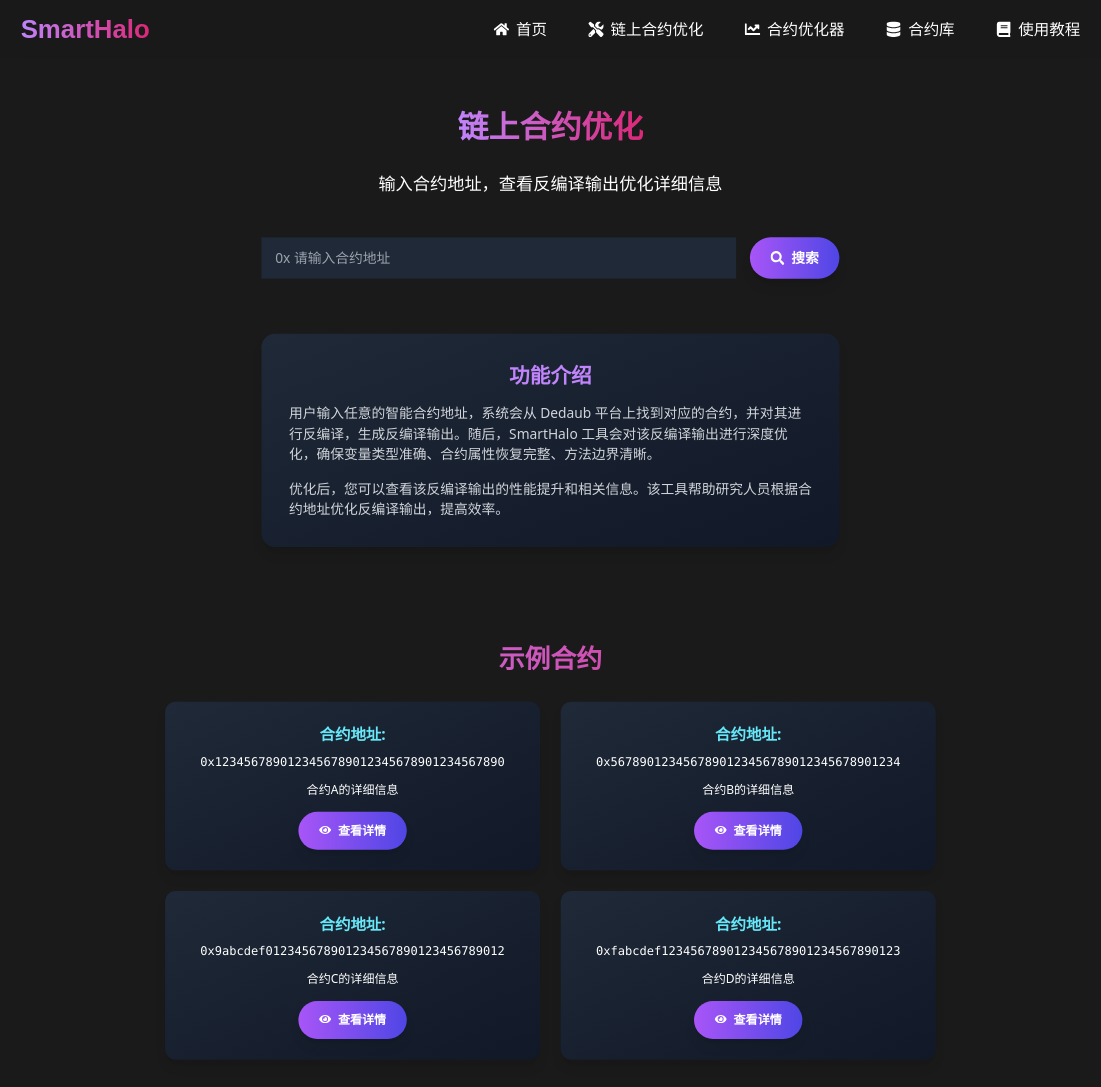
Repository: RunnerQuan/smart-halo
Page: /contract-optimization
These files come from the project's save history. The page is drawn as it stood at one moment and after the next save; the edit follows.
The browser window is 1280 px wide. The pictures show the whole page, at 86% of full size.
The project was rebuilt for these pictures with package versions that can differ from the ones it lists, and the page was loaded fresh each time. The framework's server and built-in components were replaced by stand-ins that run in the browser. Also part of the build but not shown: next.config.mjs.

Above is the page before, as saved 2024-10-24 09:50:03.

### app/layout.tsx
import type { Metadata } from "next";
import { Inter } from "next/font/google";
import "./globals.css";

const inter = Inter({ subsets: ["latin"] });

export const metadata: Metadata = {
  title: "SmartHalo",
  description: "智能合约反编译优化工具",
  icons: {
    icon: "/icons/logo.ico",
  },
};

export default function RootLayout({
  children,
}: {
  children: React.ReactNode
}) {
  return (
    <html lang="zh">
      <body className={inter.className}>{children}</body>
    </html>
  );
}

### app/contract-optimization/page.tsx
"use client";

import React, { useState, useCallback, useEffect } from 'react';
import { motion } from 'framer-motion';
import Link from 'next/link';
import AnimatedButton from '../../components/ui/animated-button';
import Navbar from '../../components/Navbar';
import { FaSearch, FaEye } from 'react-icons/fa';
import { useRouter } from 'next/navigation';
import { ClipLoader } from 'react-spinners';

export default function ContractOptimization() {
  const [contractAddress, setContractAddress] = useState('');
  const [showError, setShowError] = useState(false);
  const [isLoading, setIsLoading] = useState(false);
  const [errorMessage, setErrorMessage] = useState('');
  const [taskId, setTaskId] = useState<string | null>(null);
  const router = useRouter();

  const handleSearch = useCallback(async () => {
    if (!contractAddress.startsWith('0x') || contractAddress.length !== 42) {
      setShowError(true);
      setErrorMessage('请输入有效的合约地址（以0x开头的42位字符）');
      setTimeout(() => setShowError(false), 3000);
      return;
    }

    setIsLoading(true);
    setShowError(false);

    try {
      // 第一步：向本地的get.py发送请求获取反编译代码
      const decompileResponse = await fetch('http://localhost:8080/decompile', {
        method: 'POST',
        headers: {
          'Content-Type': 'application/json',
        },
        body: JSON.stringify({ address: contractAddress }),
      });

      if (!decompileResponse.ok) {
        throw new Error('获取反编译代码失败');
      }
      const responseData = await decompileResponse.json();
      console.log('Decompile response data:', responseData);

      const { decompiled_code, source_code } = responseData;
      console.log('Decompiled code:', decompiled_code);
      console.log('Source code:', source_code);

      // 保存反编译代码和源代码
      sessionStorage.setItem('decompileCode', decompiled_code);
      sessionStorage.setItem('sourceCode', source_code);

      // 第二步：将反编译代码发送给服务器进行优化
      const optimizeResponse = await fetch('/api/process_code', {
        method: 'POST',
        headers: {
          'Content-Type': 'application/json',
        },
        body: JSON.stringify({ code: decompiled_code }),
      });

      if (!optimizeResponse.ok) {
        const errorData = await optimizeResponse.json().catch(() => ({}));
        throw new Error(`优化请求失败: ${errorData.message || optimizeResponse.statusText}`);
      }

      const optimizeData = await optimizeResponse.json();
      setTaskId(optimizeData.task_id);
    } catch (error: unknown) {
      console.error('处理请求时出错:', error);
      setShowError(true);
      setErrorMessage(`处理请求时出错: ${error instanceof Error ? error.message : '未知错误'}`);
      setTimeout(() => setShowError(false), 5000);
    }
    // 注意：这里我们不再在finally块中设置isLoading为false
    // 因为我们希望在任务完成之前保持加载状态
  }, [contractAddress]);

  useEffect(() => {
    let intervalId: NodeJS.Timeout;

    const checkTaskStatus = async () => {
      if (taskId) {
        try {
          const response = await fetch(`/api/task_status/${taskId}`);
          const data = await response.json();

          if (data.state === 'SUCCESS') {
            console.log('Task completed:', data.result);
            sessionStorage.setItem('originalAddress', contractAddress);
            sessionStorage.setItem('optimizedCode', data.result);
            setIsLoading(false);
            setTaskId(null);
            router.push('/contract-optimization-details');
          } else if (data.state === 'FAILURE') {
            console.error('Task failed:', data.status);
            setShowError(true);
            setErrorMessage(`优化失败: ${data.status}`);
            setIsLoading(false);
            setTaskId(null);
          }
          // 如果任务仍在进行中，继续轮询
        } catch (error) {
          console.error('Error checking task status:', error);
          setShowError(true);
          setErrorMessage('检查任务状态时出错');
          setIsLoading(false);
          setTaskId(null);
        }
      }
    };

    if (taskId) {
      intervalId = setInterval(checkTaskStatus, 2000); // 每2秒检查一次任务状态
    }

    return () => {
      if (intervalId) {
        clearInterval(intervalId);
      }
    };
  }, [taskId, contractAddress, router]);

  return (
    <main className="flex min-h-screen flex-col items-center justify-start p-8 bg-[#1A1A1A] text-white font-sans">
      <Navbar />
      <div className="mt-24 w-full max-w-4xl mx-auto flex flex-col items-center">
        <motion.h1
          className="text-4xl font-bold mb-8 text-center text-transparent bg-clip-text bg-gradient-to-r from-purple-400 to-pink-600"
          initial={{ opacity: 0, y: -50 }}
          animate={{ opacity: 1, y: 0 }}
          transition={{ duration: 0.5 }}
        >
          链上合约优化
        </motion.h1>
        <motion.p
          className="text-xl mb-12 text-center max-w-2xl"
          initial={{ opacity: 0 }}
          animate={{ opacity: 1 }}
          transition={{ duration: 0.5, delay: 0.2 }}
        >
          输入合约地址，查看反编译输出优化详细信息
        </motion.p>

        <motion.div
          className="w-full max-w-2xl mb-12"
          initial={{ opacity: 0, y: 50 }}
          animate={{ opacity: 1, y: 0 }}
          transition={{ duration: 0.5, delay: 0.4 }}
        >
          <div className="flex space-x-4 mb-4">
            <input
              type="text"
              placeholder="0x 请输入合约地址"
              className="flex-grow bg-gray-800 text-white rounded-lg px-4 py-2 focus:outline-none focus:ring-2 focus:ring-purple-500"
              value={contractAddress}
              onChange={(e) => setContractAddress(e.target.value)}
            />
            <AnimatedButton onClick={handleSearch} className="flex items-center justify-center" disabled={isLoading}>
              {isLoading ? (
                <>
                  <ClipLoader color="#ffffff" size={20} className="mr-2" />
                  <span>处理中...</span>
                </>
              ) : (
                <>
                  <FaSearch className="mr-2" />
                  <span>搜索</span>
                </>
              )}
            </AnimatedButton>
          </div>
          {showError && (
            <motion.p
              className="text-red-500 text-center mt-2"
              initial={{ opacity: 0 }}
              animate={{ opacity: 1 }}
              exit={{ opacity: 0 }}
            >
              {errorMessage}
            </motion.p>
          )}
        </motion.div>

        <motion.div
          className="bg-gradient-to-br from-gray-800 to-gray-900 rounded-2xl p-8 mb-12 w-full max-w-2xl shadow-lg"
          initial={{ opacity: 0, y: 50 }}
          animate={{ opacity: 1, y: 0 }}
          transition={{ duration: 0.5, delay: 0.6 }}
        >
          <h2 className="text-2xl font-semibold mb-4 text-purple-400 text-center">功能介绍</h2>
          <p className="mb-4 text-gray-300">
          用户输入任意的智能合约地址，系统会从 Dedaub 平台上找到对应的合约，并对其进行反编译，生成反编译输出。随后，SmartHalo 工具会对该反编译输出进行深度优化，确保变量类型准确、合约属性恢复完整、方法边界清晰。
          </p>
          <p className="text-gray-300">
            优化后，您可以查看该反编译输出的性能提升和相关信息。该工具帮助研究人员根据合约地址优化反编译输出，提高效率。
          </p>
        </motion.div>

        <section className="mt-16 text-center w-full">
          <motion.h2
            className="text-3xl font-bold mb-8 text-transparent bg-clip-text bg-gradient-to-r from-purple-400 to-pink-600"
            initial={{ opacity: 0, y: 20 }}
            animate={{ opacity: 1, y: 0 }}
            transition={{ duration: 0.6, ease: "easeOut" }}
          >
            示例合约
          </motion.h2>
          <div className="grid grid-cols-1 md:grid-cols-2 gap-6">
            {[
              { address: "0x1234567890123456789012345678901234567890", info: "合约A的详细信息" },
              { address: "0x5678901234567890123456789012345678901234", info: "合约B的详细信息" },
              { address: "0x9abcdef012345678901234567890123456789012", info: "合约C的详细信息" },
              { address: "0xfabcdef123456789012345678901234567890123", info: "合约D的详细信息" }
            ].map((contract, index) => (
              <motion.div
                key={index}
                className="bg-gradient-to-br from-gray-800 to-gray-900 p-6 rounded-xl shadow-lg overflow-hidden relative group"
                initial={{ opacity: 0, y: 50 }}
                animate={{ opacity: 1, y: 0 }}
                transition={{ duration: 0.5, delay: index * 0.1 }}
                whileHover={{ scale: 1.03 }}
              >
                <div className="absolute inset-0 bg-gradient-to-r from-cyan-500 to-blue-500 opacity-0 group-hover:opacity-10 transition-opacity duration-300"></div>
                <h3 className="text-lg font-semibold mb-2 text-cyan-300">合约地址:</h3>
                <p className="text-white mb-3 font-mono text-sm">{contract.address}</p>
                <p className="text-white mb-4 text-sm">{contract.info}</p>
                <Link href={{
                  pathname: '/contract-optimization-details',
                  query: { address: contract.address }
                }} passHref>
                  <AnimatedButton className="bg-gradient-to-r from-cyan-500 to-blue-500 text-white px-4 py-2 rounded-full hover:from-cyan-600 hover:to-blue-600 transition-all duration-300 text-sm">
                    <FaEye className="inline-block mr-2 mb-1" />
                    查看详情
                  </AnimatedButton>
                </Link>
              </motion.div>
            ))}
          </div>
        </section>
      </div>
    </main>
  );
}

### app/globals.css
@import url('https://fonts.googleapis.com/css2?family=Roboto:wght@300;400;500;700&display=swap');

@tailwind base;
@tailwind components;
@tailwind utilities;

:root {
  --foreground-rgb: 255, 255, 255;
  --background-start-rgb: 42, 42, 42;
  --background-end-rgb: 42, 42, 42;
}

body {
  color: rgb(var(--foreground-rgb));
  background: linear-gradient(
      to bottom,
      transparent,
      rgb(var(--background-end-rgb))
    )
    rgb(var(--background-start-rgb));
  font-family: 'Roboto', sans-serif;
}

### components/ui/animated-button.tsx
import React from 'react';

interface AnimatedButtonProps extends React.ButtonHTMLAttributes<HTMLButtonElement> {
  children: React.ReactNode;
}

const AnimatedButton: React.FC<AnimatedButtonProps> = ({ children, className, ...props }) => {
  return (
    <button
      className={`
        px-6 py-3 rounded-full text-white font-semibold
        bg-gradient-to-r from-purple-500 to-indigo-600
        hover:from-purple-600 hover:to-indigo-700
        transform hover:scale-105 transition duration-300 ease-in-out
        focus:outline-none focus:ring-2 focus:ring-purple-500 focus:ring-opacity-50
        shadow-lg hover:shadow-xl
        ${className}
      `}
      {...props}
    >
      {children}
    </button>
  );
};

export default AnimatedButton;

### components/Navbar.tsx
import Link from "next/link";
import { FaHome, FaTools, FaChartLine, FaBook, FaDatabase } from 'react-icons/fa';

const navItems = [
  { name: '首页', href: '/', icon: <FaHome className="mr-2" /> },
  { name: '链上合约优化', href: '/contract-optimization', icon: <FaTools className="mr-2" /> },
  { name: '合约优化器', href: '/custom-optimization', icon: <FaChartLine className="mr-2" /> },
  { name: '合约库', href: '/library', icon: <FaDatabase className="mr-2" /> },
  { name: '使用教程', href: '/help', icon: <FaBook className="mr-2" /> },
];

export default function Navbar() {
  return (
    <nav className="fixed top-0 left-0 right-0 z-10 bg-[#1A1A1A] bg-opacity-80 backdrop-filter backdrop-blur-lg">
      <div className="container mx-auto px-6 py-4 flex justify-between items-center">
        <Link href="/" className="flex items-center">
          <span className="text-3xl font-bold bg-clip-text text-transparent bg-gradient-to-r from-purple-400 to-pink-600 font-tech">
            SmartHalo
          </span>
        </Link>
        <div className="hidden md:flex items-center space-x-12 text-lg">
          {navItems.map((item) => (
            <Link key={item.name} href={item.href} className="flex items-center">
              <span className="flex items-center">
                {item.icon}
                {item.name}
              </span>
            </Link>
          ))}
        </div>
      </div>
    </nav>
  );
}

### tailwind.config.js
module.exports = {
    darkMode: ['class'],
    content: [
    './pages/**/*.{js,ts,jsx,tsx,mdx}',
    './components/**/*.{js,ts,jsx,tsx,mdx}',
    './app/**/*.{js,ts,jsx,tsx,mdx}',
  ],
  theme: {
  	extend: {
  		fontFamily: {
  			harmonyos: ['HarmonyOS Sans', 'sans-serif'],
  			song: ['Noto Serif SC', 'serif'],
  			'noto-sans': ['Noto Sans SC', 'sans-serif'],
  			'tech': ['Orbitron', 'sans-serif']
  		},
  		backgroundImage: {
  			'gradient-radial': 'radial-gradient(var(--tw-gradient-stops))',
  			'gradient-conic': 'conic-gradient(from 180deg at 50% 50%, var(--tw-gradient-stops))'
  		},
  		borderRadius: {
  			lg: 'var(--radius)',
  			md: 'calc(var(--radius) - 2px)',
  			sm: 'calc(var(--radius) - 4px)'
  		},
  		colors: {
  			background: 'hsl(var(--background))',
  			foreground: 'hsl(var(--foreground))',
  			card: {
  				DEFAULT: 'hsl(var(--card))',
  				foreground: 'hsl(var(--card-foreground))'
  			},
  			popover: {
  				DEFAULT: 'hsl(var(--popover))',
  				foreground: 'hsl(var(--popover-foreground))'
  			},
  			primary: {
  				DEFAULT: 'hsl(var(--primary))',
  				foreground: 'hsl(var(--primary-foreground))'
  			},
  			secondary: {
  				DEFAULT: 'hsl(var(--secondary))',
  				foreground: 'hsl(var(--secondary-foreground))'
  			},
  			muted: {
  				DEFAULT: 'hsl(var(--muted))',
  				foreground: 'hsl(var(--muted-foreground))'
  			},
  			accent: {
  				DEFAULT: 'hsl(var(--accent))',
  				foreground: 'hsl(var(--accent-foreground))'
  			},
  			destructive: {
  				DEFAULT: 'hsl(var(--destructive))',
  				foreground: 'hsl(var(--destructive-foreground))'
  			},
  			border: 'hsl(var(--border))',
  			input: 'hsl(var(--input))',
  			ring: 'hsl(var(--ring))',
  			chart: {
  				'1': 'hsl(var(--chart-1))',
  				'2': 'hsl(var(--chart-2))',
  				'3': 'hsl(var(--chart-3))',
  				'4': 'hsl(var(--chart-4))',
  				'5': 'hsl(var(--chart-5))'
  			}
  		},
  		animation: {
  			pulse: 'pulse var(--duration) ease-out infinite'
  		},
  		keyframes: {
  			pulse: {
  				'0%, 100%': {
  					boxShadow: '0 0 0 0 var(--pulse-color)'
  				},
  				'50%': {
  					boxShadow: '0 0 0 8px var(--pulse-color)'
  				}
  			}
  		}
  	}
  },
  plugins: [require("tailwindcss-animate")],
}

After the next save:
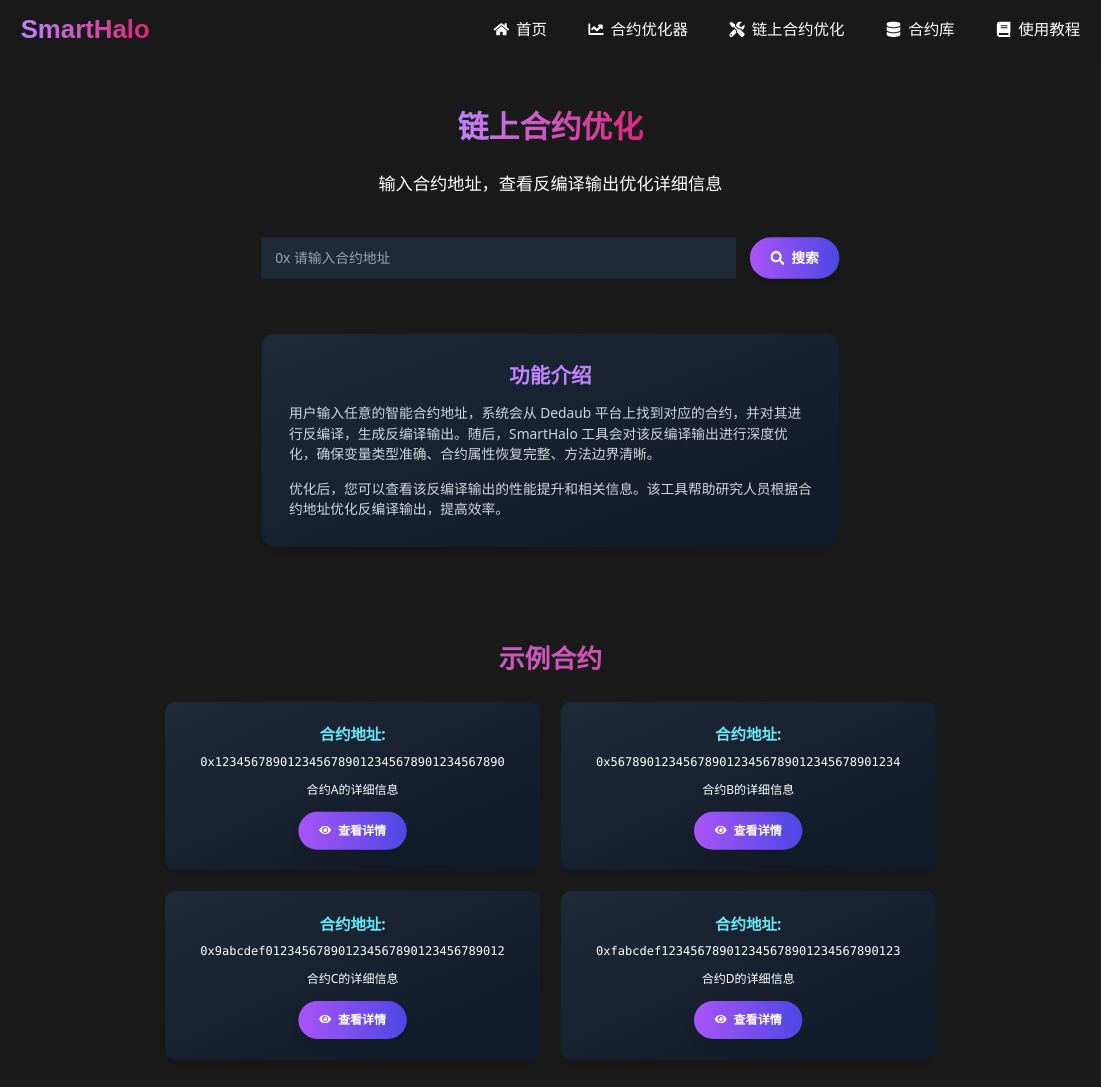
Saved 6 min 27 s later.
--- a/components/Navbar.tsx
+++ b/components/Navbar.tsx
@@ -3,8 +3,8 @@
 
 const navItems = [
   { name: '首页', href: '/', icon: <FaHome className="mr-2" /> },
+  { name: '合约优化器', href: '/custom-optimization', icon: <FaChartLine className="mr-2" /> },
   { name: '链上合约优化', href: '/contract-optimization', icon: <FaTools className="mr-2" /> },
-  { name: '合约优化器', href: '/custom-optimization', icon: <FaChartLine className="mr-2" /> },
   { name: '合约库', href: '/library', icon: <FaDatabase className="mr-2" /> },
   { name: '使用教程', href: '/help', icon: <FaBook className="mr-2" /> },
 ];
